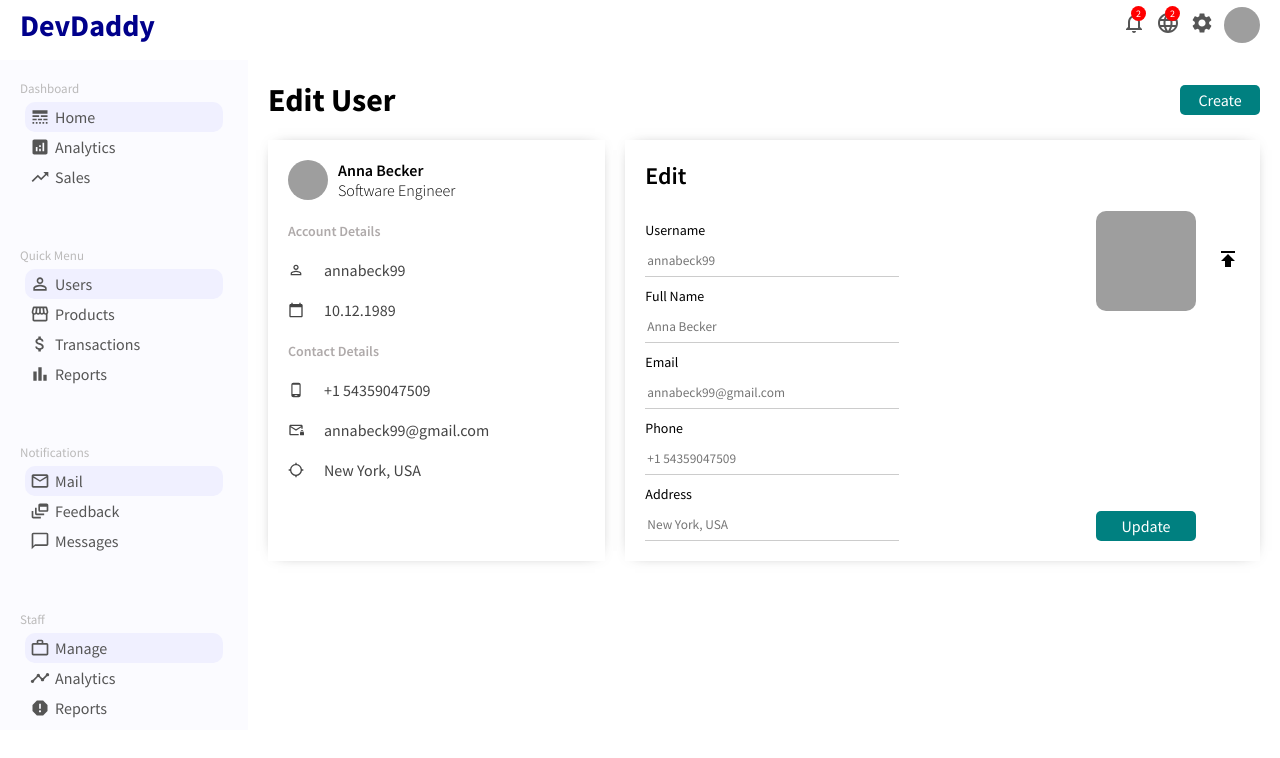
Repository: Marhamat92/react-admin-dashboard
Page: /user/1
An editor plug-in stored every save of this project. The page is shown before and after the next save, followed by the edit.
The browser window is 1280 px wide. The pictures show the whole page.
Pictures or frames that could not be fetched are drawn as grey boxes. The project was rebuilt for these pictures with package versions that can differ from the ones it lists, and the page was loaded fresh each time. Also part of the build but not shown: src/pages/home/home.scss, src/components/featuredInfo/featuredInfo.scss, src/components/featuredInfo/FeaturedInfo.js, src/components/chart/chart.scss, src/components/chart/Chart.js, src/data/userData.js, src/components/widgetSm/widgetSm.scss, src/components/widgetSm/WidgetSm.js and 6 more.

Above is the page before, as saved 2023-02-11 00:16:29.

After the next save:
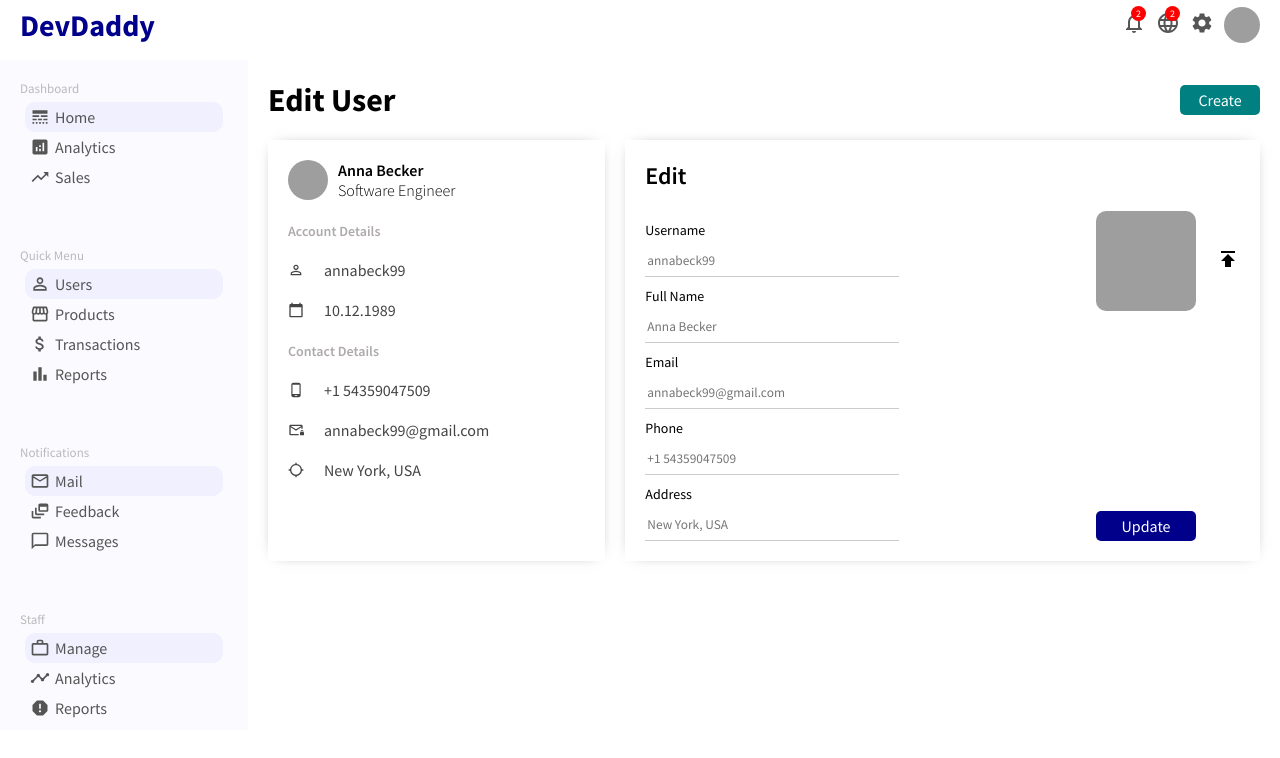
Saved 46 s later.
--- a/src/pages/user/user.scss
+++ b/src/pages/user/user.scss
@@ -143,7 +143,7 @@
   padding: 5px ;
   border:none;
   border-radius: 5px;
-  background-color: teal;
+  background-color: darkblue;
   color: white;
   cursor: pointer;
   font-size: 16px;
